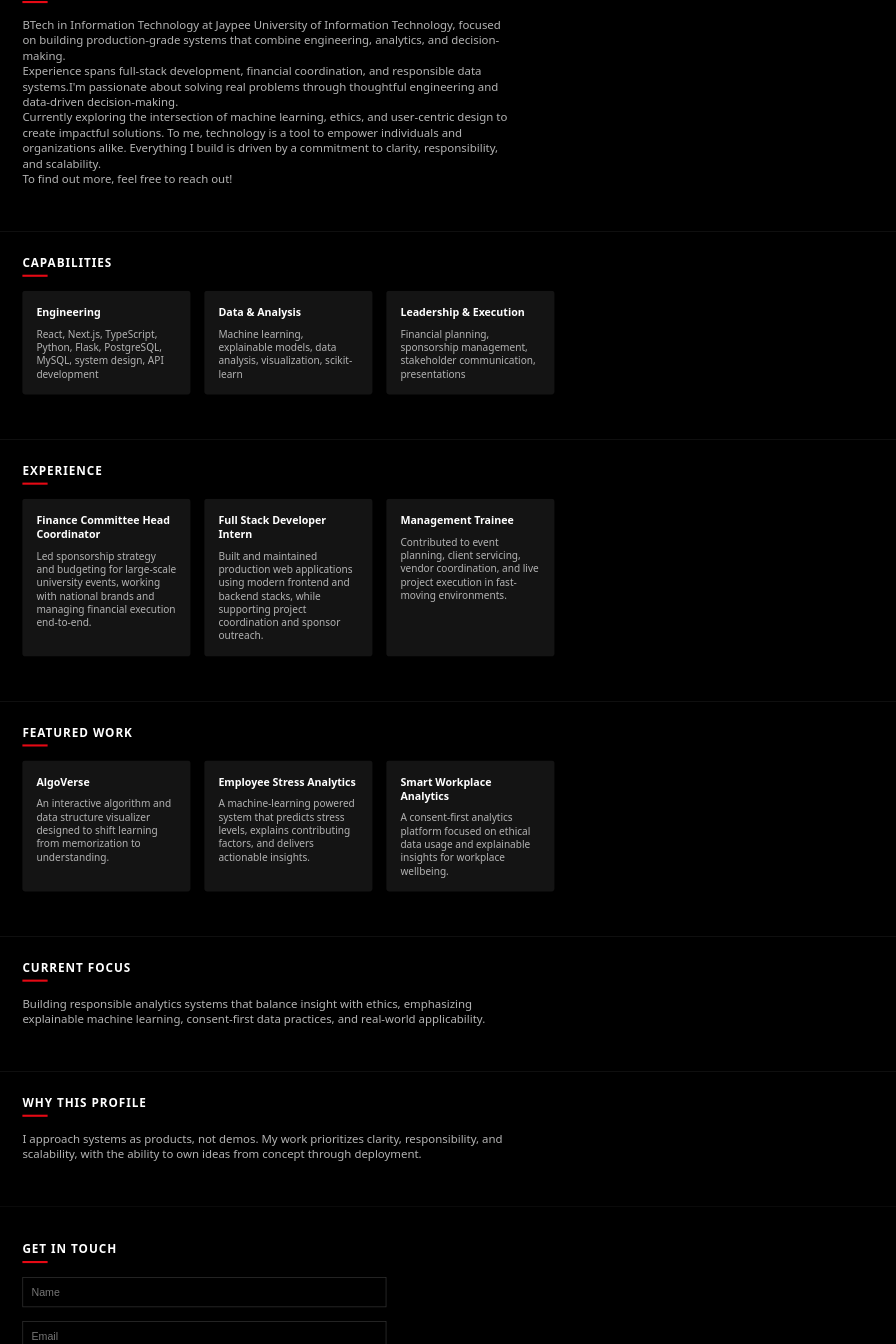
Repository: PratapOP/main-portfolio
Page: / (app in frontend/)
The author's editor kept a copy of each file at every save. The page is drawn from the files as they stood at one save, then again after the next save.
The browser window is 1280 px wide. The pictures show the part of the page from y = 708 to 2628 px (the page is 2910 px tall before and 2932 px after), at 70% of full size.
The project was rebuilt for these pictures with package versions that can differ from the ones it lists, and the page was loaded fresh each time. Also part of the build but not shown: frontend/vite.config.js.

Above is the page before, as saved 2026-01-01 18:53:59.

### frontend/index.html
<!DOCTYPE html>
<html lang="en">
  <head>
    <meta charset="UTF-8" />

    <!-- Viewport for responsive layout -->
    <meta name="viewport" content="width=device-width, initial-scale=1.0" />

    <!--
      Title intentionally minimal and authoritative.
      This is the first identity signal recruiters see.
    -->
    <title>Abhiuday Pratap Singh</title>

    <!--
      Force dark background before React loads
      Prevents white flash and preserves cinematic feel
    -->
    <style>
      html,
      body {
        margin: 0;
        padding: 0;
        background-color: #0b0b0b;
      }
    </style>
  </head>

  <body>
    <!-- React mounts here -->
    <div id="root"></div>

    <!-- React entry point -->
    <script type="module" src="/src/main.jsx"></script>
  </body>
</html>

### frontend/src/App.jsx
import React, { useEffect } from "react";
import "./styles.css";
import {
  HeroSection,
  AboutSection,
  SkillsSection,
  ExperienceSection,
  ProjectsSection,
  TrendingSection,
  WhyHireMeSection,
  ContactSection
} from "./sections";

function App() {
  useEffect(() => {
    document.documentElement.style.scrollBehavior = "smooth";
  }, []);

  return (
    <div className="app-root">
      <HeroSection />
      <AboutSection />
      <SkillsSection />
      <ExperienceSection />
      <ProjectsSection />
      <TrendingSection />
      <WhyHireMeSection />
      <ContactSection />
    </div>
  );
}

export default App;

### frontend/src/styles.css
    /* ============================================================
    GLOBAL RESET & STREAMING COLOR SYSTEM
    ============================================================ */

    * {
    margin: 0;
    padding: 0;
    box-sizing: border-box;
    }

    :root {
    /* Core streaming palette */
    --bg-primary: #000000;
    --bg-card: #141414;

    --text-primary: #ffffff;
    --text-muted: #b3b3b3;

    --accent: #e50914;

    /* Controlled spacing scale (reduced) */
    --xs: 6px;
    --sm: 12px;
    --md: 20px;
    --lg: 32px;
    --xl: 48px;
    --xxl: 80px;
    }

    html,
    body {
    background-color: var(--bg-primary);
    color: var(--text-primary);
    font-family: system-ui, -apple-system, BlinkMacSystemFont,
        "Segoe UI", Roboto, Helvetica, Arial, sans-serif;

    overflow-x: hidden; /* absolutely no horizontal scroll */
    }

    /* ============================================================
    APP ROOT
    ============================================================ */

    .app-root {
    width: 100%;
    overflow-x: hidden;
    }

    /* ============================================================
    HERO (FEATURED BANNER)
    ============================================================ */

    .hero {
    min-height: 90vh;
    display: flex;
    align-items: center;
    }

    .hero-inner {
    padding-left: var(--lg);
    padding-right: var(--lg);
    max-width: 820px;
    }

    .hero-title {
    font-size: clamp(3rem, 5vw, 4.6rem);
    font-weight: 800;
    letter-spacing: -0.03em;
    margin-bottom: var(--sm);
    }

    .hero-subtitle {
    font-size: 1.05rem;
    color: var(--text-muted);
    max-width: 560px;
    }

    /* ============================================================
    SECTION STRUCTURE (FIXED SPACING)
    ============================================================ */

    .section {
    padding: var(--lg) 0;
    }

    .section-inner {
    padding-left: var(--lg);
    padding-right: var(--lg);
    }

    /* Mobile safety — prevent edge sticking */
    @media (max-width: 768px) {
    .section-inner,
    .hero-inner {
        padding-left: var(--md);
        padding-right: var(--md);
    }
    }

    /* ============================================================
    SECTION TITLES (STREAMING STYLE)
    ============================================================ */

    .section-title {
    font-size: 1.05rem;
    font-weight: 600;
    letter-spacing: 0.08em;
    text-transform: uppercase;

    color: var(--text-primary);
    margin-bottom: var(--md);
    position: relative;
    }

    .section-title::after {
    content: "";
    display: block;
    width: 36px;
    height: 3px;
    background-color: var(--accent);
    margin-top: var(--xs);
    }

    /* ============================================================
    TEXT BLOCKS
    ============================================================ */

    .section-text {
    max-width: 700px;
    font-size: 1.02rem;
    color: var(--text-muted);
    margin-bottom: var(--lg);
    }

    /* ============================================================
    STREAMING ROWS (HORIZONTAL)
    ============================================================ */

    .row {
    display: flex;
    gap: var(--md);
    overflow-x: auto;

    padding-left: var(--lg);
    padding-right: var(--lg);
    padding-bottom: var(--lg);

    scroll-snap-type: x mandatory;
    overscroll-behavior-x: contain;
    }

    .row::-webkit-scrollbar {
    display: none;
    }

    /* ============================================================
    CARDS (CONTENT TILES)
    ============================================================ */

    .card {
    background-color: var(--bg-card);
    min-width: 240px;
    max-width: 240px;

    padding: var(--md);
    border-radius: 4px;

    scroll-snap-align: start;

    transition:
        transform 0.25s ease,
        box-shadow 0.25s ease;
    }

    .card h3 {
    font-size: 0.95rem;
    font-weight: 600;
    margin-bottom: var(--sm);
    }

    .card p {
    font-size: 0.9rem;
    color: var(--text-muted);
    }

    /* Hover — sharp, not floaty */
    .card:hover {
    transform: scale(1.06);
    box-shadow: 0 16px 32px rgba(0, 0, 0, 0.7);
    z-index: 2;
    }

    /* ============================================================
    CONTACT SECTION
    ============================================================ */

    .contact {
    padding-top: var(--xl);
    padding-bottom: var(--xxl);
    }

    .contact-form {
    max-width: 520px;
    display: flex;
    flex-direction: column;
    gap: var(--md);
    }

    .contact-form input,
    .contact-form textarea {
    background-color: #000000;
    border: 1px solid #333333;
    color: var(--text-primary);

    padding: var(--sm);
    font-size: 0.95rem;
    }

    .contact-form input:focus,
    .contact-form textarea:focus {
    outline: none;
    border-color: var(--accent);
    }

    .contact-form button {
    margin-top: var(--sm);
    background-color: var(--accent);
    color: #ffffff;

    border: none;
    padding: var(--sm);
    font-size: 0.95rem;
    cursor: pointer;

    transition: opacity 0.2s ease;
    }

    .contact-form button:hover {
    opacity: 0.85;
    }

    /* ============================================================
    FINAL SECTION SEPARATION (SUBTLE)
    ============================================================ */

    .section:not(:first-of-type) {
    border-top: 1px solid rgba(255, 255, 255, 0.08);
    }

### frontend/src/sections.jsx
    /**
     * ============================================================
     * sections.jsx — Sections with Titles & Hierarchy
     * ============================================================
     */

    import React from "react";
    import { motion } from "framer-motion";
    import {
    sectionFade,
    staggerContainer,
    cardFade
    } from "./motion";

    /* ============================================================
    FEATURED
    ============================================================ */

    export function HeroSection() {
    return (
        <motion.section
        className="section hero"
        variants={sectionFade}
        initial="hidden"
        animate="visible"
        >
        <div className="hero-inner">
            <h1 className="hero-title">Abhiuday Pratap Singh</h1>
            <p className="hero-subtitle">
            Think System, Not People.
            <br />
            </p>
        </div>
        </motion.section>
    );
    }

    /* ============================================================
    POSITIONING
    ============================================================ */

    export function AboutSection() {
    return (
        <motion.section
        className="section"
        variants={sectionFade}
        initial="hidden"
        whileInView="visible"
        viewport={{ once: true }}
        >
        <div className="section-inner">
            <h2 className="section-title">Positioning</h2>
            <p className="section-text">
            BTech in Information Technology at Jaypee University
            of Information Technology, focused on building production-grade
            systems that combine engineering, analytics, and decision-making.
            <br/>
            Experience spans full-stack development, financial coordination,
            and responsible data systems.I'm passionate about solving real problems through thoughtful engineering and data-driven decision-making.
            <br/>
            Currently exploring the intersection of machine learning, ethics, and user-centric design to create impactful solutions.
            To me, technology is a tool to empower individuals and organizations alike.
            Everything I build is driven by a commitment to clarity, responsibility, and scalability.
            <br/>
            To find out more, feel free to reach out!
            </p>
        </div>
        </motion.section>
    );
    }

    /* ============================================================
    CAPABILITIES
    ============================================================ */

    export function SkillsSection() {
    const skills = [
        {
        title: "Engineering",
        text:
            "React, Next.js, TypeScript, Python, Flask, PostgreSQL, MySQL, system design, API development"
        },
        {
        title: "Data & Analysis",
        text:
            "Machine learning, explainable models, data analysis, visualization, scikit-learn"
        },
        {
        title: "Leadership & Execution",
        text:
            "Financial planning, sponsorship management, stakeholder communication, presentations"
        }
    ];

    return (
        <motion.section
        className="section"
        variants={sectionFade}
        initial="hidden"
        whileInView="visible"
        viewport={{ once: true }}
        >
        <div className="section-inner">
            <h2 className="section-title">Capabilities</h2>
        </div>

        <motion.div
            className="row"
            variants={staggerContainer}
            initial="hidden"
            whileInView="visible"
            viewport={{ once: true }}
        >
            {skills.map((item, index) => (
            <motion.div className="card" variants={cardFade} key={index}>
                <h3>{item.title}</h3>
                <p>{item.text}</p>
            </motion.div>
            ))}
        </motion.div>
        </motion.section>
    );
    }

    /* ============================================================
    EXPERIENCE
    ============================================================ */

    export function ExperienceSection() {
    const roles = [
        {
        title: "Finance Committee Head Coordinator",
        text:
            "Led sponsorship strategy and budgeting for large-scale university events, working with national brands and managing financial execution end-to-end."
        },
        {
        title: "Full Stack Developer Intern",
        text:
            "Built and maintained production web applications using modern frontend and backend stacks, while supporting project coordination and sponsor outreach."
        },
        {
        title: "Management Trainee",
        text:
            "Contributed to event planning, client servicing, vendor coordination, and live project execution in fast-moving environments."
        }
    ];

    return (
        <motion.section
        className="section"
        variants={sectionFade}
        initial="hidden"
        whileInView="visible"
        viewport={{ once: true }}
        >
        <div className="section-inner">
            <h2 className="section-title">Experience</h2>
        </div>

        <motion.div
            className="row"
            variants={staggerContainer}
            initial="hidden"
            whileInView="visible"
            viewport={{ once: true }}
        >
            {roles.map((item, index) => (
            <motion.div className="card" variants={cardFade} key={index}>
                <h3>{item.title}</h3>
                <p>{item.text}</p>
            </motion.div>
            ))}
        </motion.div>
        </motion.section>
    );
    }

    /* ============================================================
    PROJECTS
    ============================================================ */

    export function ProjectsSection() {
    const projects = [
        {
        title: "AlgoVerse",
        text:
            "An interactive algorithm and data structure visualizer designed to shift learning from memorization to understanding."
        },
        {
        title: "Employee Stress Analytics",
        text:
            "A machine-learning powered system that predicts stress levels, explains contributing factors, and delivers actionable insights."
        },
        {
        title: "Smart Workplace Analytics",
        text:
            "A consent-first analytics platform focused on ethical data usage and explainable insights for workplace wellbeing."
        }
    ];

    return (
        <motion.section
        className="section"
        variants={sectionFade}
        initial="hidden"
        whileInView="visible"
        viewport={{ once: true }}
        >
        <div className="section-inner">
            <h2 className="section-title">Featured Work</h2>
        </div>

        <motion.div
            className="row"
            variants={staggerContainer}
            initial="hidden"
            whileInView="visible"
            viewport={{ once: true }}
        >
            {projects.map((item, index) => (
            <motion.div className="card" variants={cardFade} key={index}>
                <h3>{item.title}</h3>
                <p>{item.text}</p>
            </motion.div>
            ))}
        </motion.div>
        </motion.section>
    );
    }

    /* ============================================================
    CURRENT FOCUS
    ============================================================ */

    export function TrendingSection() {
    return (
        <motion.section
        className="section"
        variants={sectionFade}
        initial="hidden"
        whileInView="visible"
        viewport={{ once: true }}
        >
        <div className="section-inner">
            <h2 className="section-title">Current Focus</h2>
            <p className="section-text">
            Building responsible analytics systems that balance insight with ethics,
            emphasizing explainable machine learning, consent-first data practices,
            and real-world applicability.
            </p>
        </div>
        </motion.section>
    );
    }

    /* ============================================================
    WHY THIS PROFILE
    ============================================================ */

    export function WhyHireMeSection() {
    return (
        <motion.section
        className="section"
        variants={sectionFade}
        initial="hidden"
        whileInView="visible"
        viewport={{ once: true }}
        >
        <div className="section-inner">
            <h2 className="section-title">Why This Profile</h2>
            <p className="section-text">
            I approach systems as products, not demos. My work prioritizes clarity,
            responsibility, and scalability, with the ability to own ideas from
            concept through deployment.
            </p>
        </div>
        </motion.section>
    );
    }

    /* ============================================================
    CONTACT
    ============================================================ */

    export function ContactSection() {
    return (
        <motion.section
        className="section contact"
        variants={sectionFade}
        initial="hidden"
        whileInView="visible"
        viewport={{ once: true }}
        >
        <div className="section-inner">
            <h2 className="section-title">Get in Touch</h2>
            <form className="contact-form">
            <input type="text" placeholder="Name" />
            <input type="email" placeholder="Email" />
            <textarea placeholder="Message" rows="4" />
            <button type="submit">Send</button>
            </form>
        </div>
        </motion.section>
    );
    }

### frontend/src/motion.js
    /**
     * ============================================================
     * motion.js — Centralized Motion Presets
     * ============================================================
     *
     * Responsibilities:
     * - Define reusable animation variants
     * - Keep motion subtle, slow, and cinematic
     * - Avoid per-component animation duplication
     *
     * Framer Motion is used intentionally and sparingly.
     * ============================================================
     */

    /* ============================================================
    Section Fade-In (used when section enters viewport)
    ============================================================ */

    export const sectionFade = {
    hidden: {
        opacity: 0,
        y: 40
    },
    visible: {
        opacity: 1,
        y: 0,
        transition: {
        duration: 0.8,
        ease: [0.22, 1, 0.36, 1] // smooth, cinematic easing
        }
    }
    };

    /* ============================================================
    Card Stagger Container
    ============================================================ */

    export const staggerContainer = {
    hidden: {},
    visible: {
        transition: {
        staggerChildren: 0.12
        }
    }
    };

    /* ============================================================
    Individual Card Animation
    ============================================================ */

    export const cardFade = {
    hidden: {
        opacity: 0,
        y: 20
    },
    visible: {
        opacity: 1,
        y: 0,
        transition: {
        duration: 0.6,
        ease: [0.22, 1, 0.36, 1]
        }
    }
    };

Loaded but not shown: frontend/src/main.jsx (common file)

After the next save:
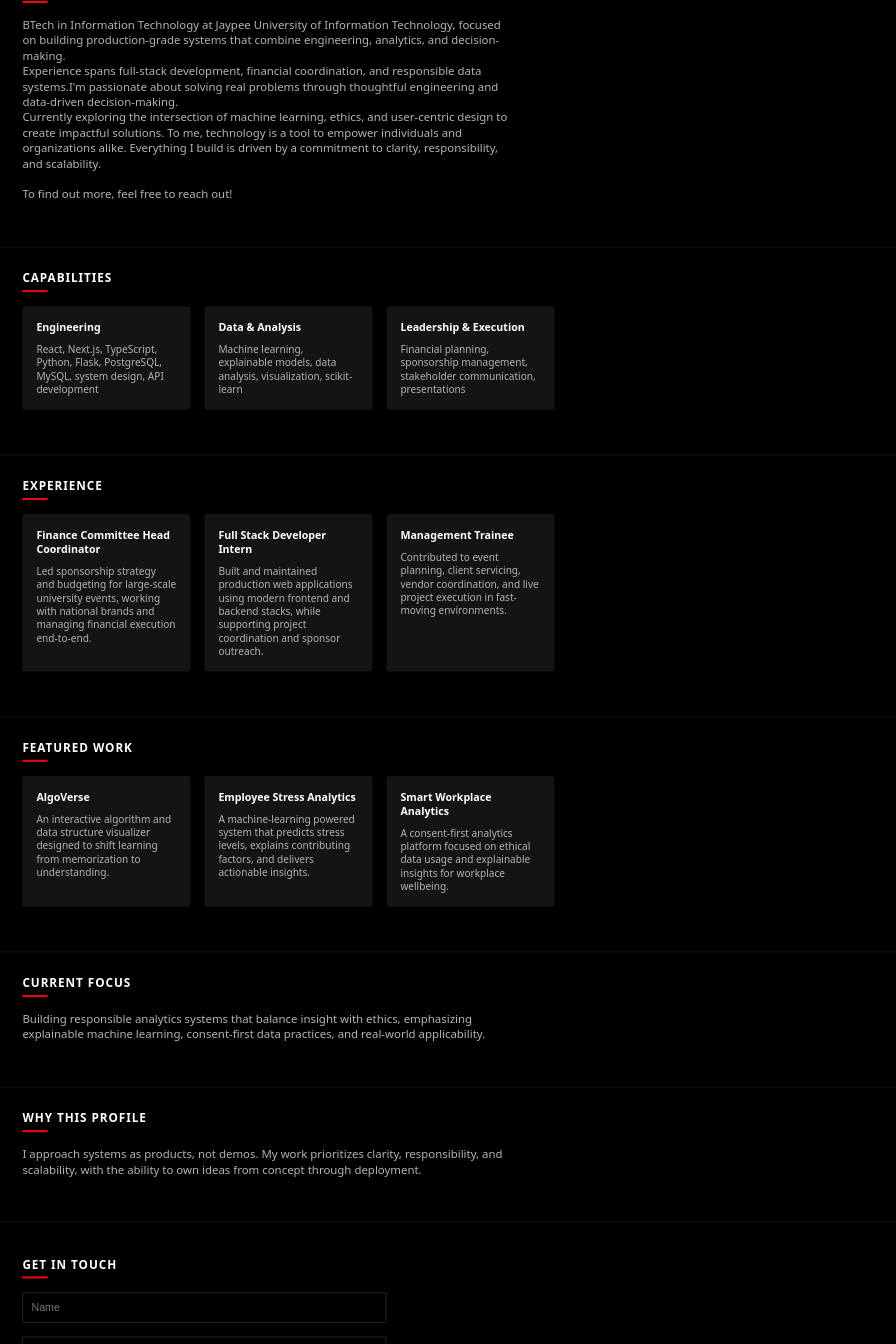
Saved 15 s later.
--- a/frontend/src/sections.jsx
+++ b/frontend/src/sections.jsx
@@ -61,7 +61,7 @@
             Currently exploring the intersection of machine learning, ethics, and user-centric design to create impactful solutions.
             To me, technology is a tool to empower individuals and organizations alike.
             Everything I build is driven by a commitment to clarity, responsibility, and scalability.
-            <br/>
+            <br/><br/>
             To find out more, feel free to reach out!
             </p>
         </div>
